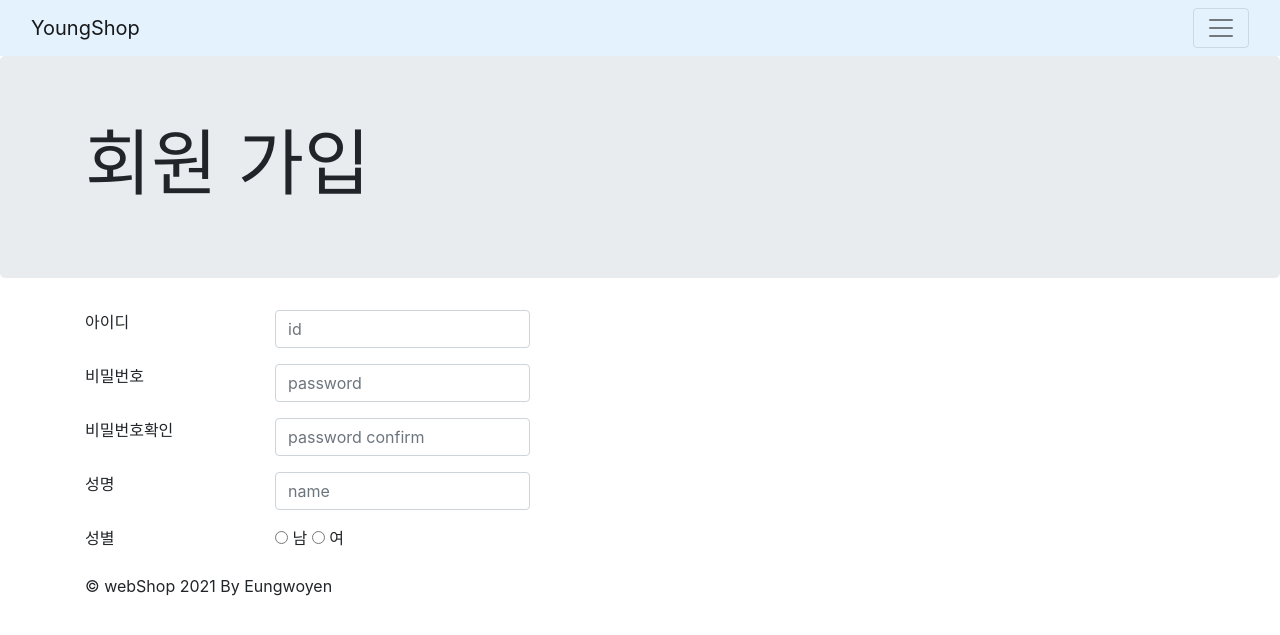
Repository: khss4008/JSP_project
Page: http://localhost/Webshop2/product/addProduct.jsp
These files come from the project's save history. The page is drawn as it stood at one moment and after the next save; the edit follows.
The browser window is 1280 px wide. The pictures show the whole page.
The page is served by Tomcat 9. Other server files are loaded and not shown.

Above is the page before, as saved 2021-11-04 06:05:23.
Console error: TypeError: Cannot read properties of undefined (reading 'fn')

### Webshop2/WebContent/product/addProduct.jsp
<%@ page language="java" contentType="text/html; charset=UTF-8"
    pageEncoding="UTF-8"%>
<!DOCTYPE html>
<html>
<head>
<meta charset="UTF-8">
<title>제품 등록</title>
</head>
<body>
   <jsp:include page="/header.jsp" />
   <div class="jumbotron">
      <div class="container">
         <h1 class="display-3">회원 가입</h1>
      </div>
   </div>

   <div class="container">
      <form name="newMember" class="form-horizontal"  action="/product/products.jsp" method="post" onsubmit="return checkForm()">
         <div class="form-group  row">
            <label class="col-sm-2 ">아이디</label>
            <div class="col-sm-3">
               <input name="id" type="text" class="form-control" placeholder="id" >
            </div>
         </div>
         <div class="form-group  row">
            <label class="col-sm-2">비밀번호</label>
            <div class="col-sm-3">
               <input name="password" type="password" class="form-control" placeholder="password" >
            </div>
         </div>
         <div class="form-group  row">
            <label class="col-sm-2">비밀번호확인</label>
            <div class="col-sm-3">
               <input name="password_confirm" type="password" class="form-control" placeholder="password confirm" >
            </div>
         </div>
         <div class="form-group  row">
            <label class="col-sm-2">성명</label>
            <div class="col-sm-3">
               <input name="name" type="text" class="form-control" placeholder="name" >
            </div>
         </div>
         <div class="form-group  row">
            <label class="col-sm-2">성별</label>
            <div class="col-sm-10">
               <input name="gender" type="radio" value="남" /> 남
               <input name="gender" type="radio" value="여" /> 여
            </div>
         </div>
      </form>
   </div>

<%@ include file = "/footer.jsp" %>
</body>
</html>

### Webshop2/WebContent/footer.jsp
<footer class = "container">
	<p>&copy; webShop 2021 By Eungwoyen
</footer>

### Webshop2/WebContent/header.jsp
<%@ page language="java" contentType="text/html; charset=UTF-8"
    pageEncoding="UTF-8"%>

<link rel="stylesheet" href="https://stackpath.bootstrapcdn.com/bootstrap/4.3.1/css/bootstrap.min.css" integrity="sha384-ggOyR0iXCbMQv3Xipma34MD+dH/1fQ784/j6cY/iJTQUOhcWr7x9JvoRxT2MZw1T" crossorigin="anonymous">
<script src="https://stackpath.bootstrapcdn.com/bootstrap/4.3.1/js/bootstrap.min.js" integrity="sha384-JjSmVgyd0p3pXB1rRibZUAYoIIy6OrQ6VrjIEaFf/nJGzIxFDsf4x0xIM+B07jRM" crossorigin="anonymous"></script>


<nav class="navbar navbar-light" style="background-color: #e3f2fd;">
  <div class="container-fluid">
    <a class="navbar-brand" href="/">YoungShop</a>
    <button class="navbar-toggler" type="button" data-bs-toggle="collapse" data-bs-target="#navbarNavDropdown" aria-controls="navbarNavDropdown" aria-expanded="false" aria-label="Toggle navigation">
      <span class="navbar-toggler-icon"></span>
    </button>
    <div class="collapse navbar-collapse" id="navbarNavDropdown">
      <ul class="navbar-nav">
        <li class="nav-item dropdown">
          <a class="nav-link dropdown-toggle" href="#" id="navbarDropdownMenuLink" role="button" data-bs-toggle="dropdown" aria-expanded="false">
            	게시판
          </a>
          <ul class="dropdown-menu" aria-labelledby="navbarDropdownMenuLink">
            <li><a class="dropdown-item" href="/product/products.jsp">제품목록</a></li>
            <li><a class="dropdown-item" href="#">장바구니</a></li>
          </ul>
        </li>

        <li class="nav-item dropdown">
          <a class="nav-link dropdown-toggle" href="#" id="navbarDropdownMenuLink" role="button" data-bs-toggle="dropdown" aria-expanded="false">
            	회원관리
          </a>
          <ul class="dropdown-menu" aria-labelledby="navbarDropdownMenuLink">
            <li><a class="dropdown-item" href="/member/loginMember.jsp">로그인</a></li>
            <li><a class="dropdown-item" href="#">로그아웃</a></li>
            <li><a class="dropdown-item" href="/member/joinMember.jsp">회원가입</a></li>
            <li><a class="dropdown-item" href="#">회원탈퇴</a></li>
          </ul>
        </li>

        <li class="nav-item dropdown">
          <a class="nav-link dropdown-toggle" href="#" id="navbarDropdownMenuLink" role="button" data-bs-toggle="dropdown" aria-expanded="false">
            	관리자
          </a>
          <ul class="dropdown-menu" aria-labelledby="navbarDropdownMenuLink">
            <li><a class="dropdown-item" href="/product.addProduct.jsp">제품등록</a></li>
            <li><a class="dropdown-item" href="/member/listMember.jsp">회원관리</a></li>

          </ul>
        </li>

      </ul>
    </div>
  </div>
</nav>

<script src="https://cdn.jsdelivr.net/npm/bootstrap@5.1.3/dist/js/bootstrap.bundle.min.js" integrity="sha384-ka7Sk0Gln4gmtz2MlQnikT1wXgYsOg+OMhuP+IlRH9sENBO0LRn5q+8nbTov4+1p" crossorigin="anonymous"></script>

After the next save:
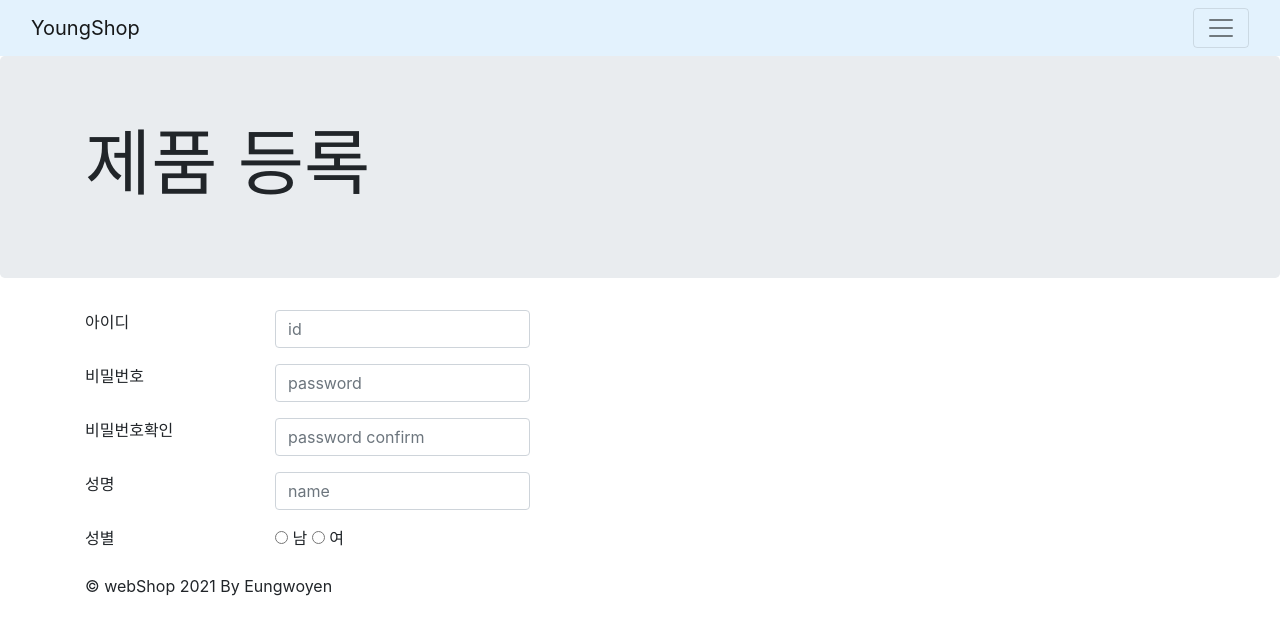
Saved 5 s later.
--- a/Webshop2/WebContent/product/addProduct.jsp
+++ b/Webshop2/WebContent/product/addProduct.jsp
@@ -10,7 +10,7 @@
    <jsp:include page="/header.jsp" />
    <div class="jumbotron">
       <div class="container">
-         <h1 class="display-3">회원 가입</h1>
+         <h1 class="display-3">제품 등록</h1>
       </div>
    </div>
 
